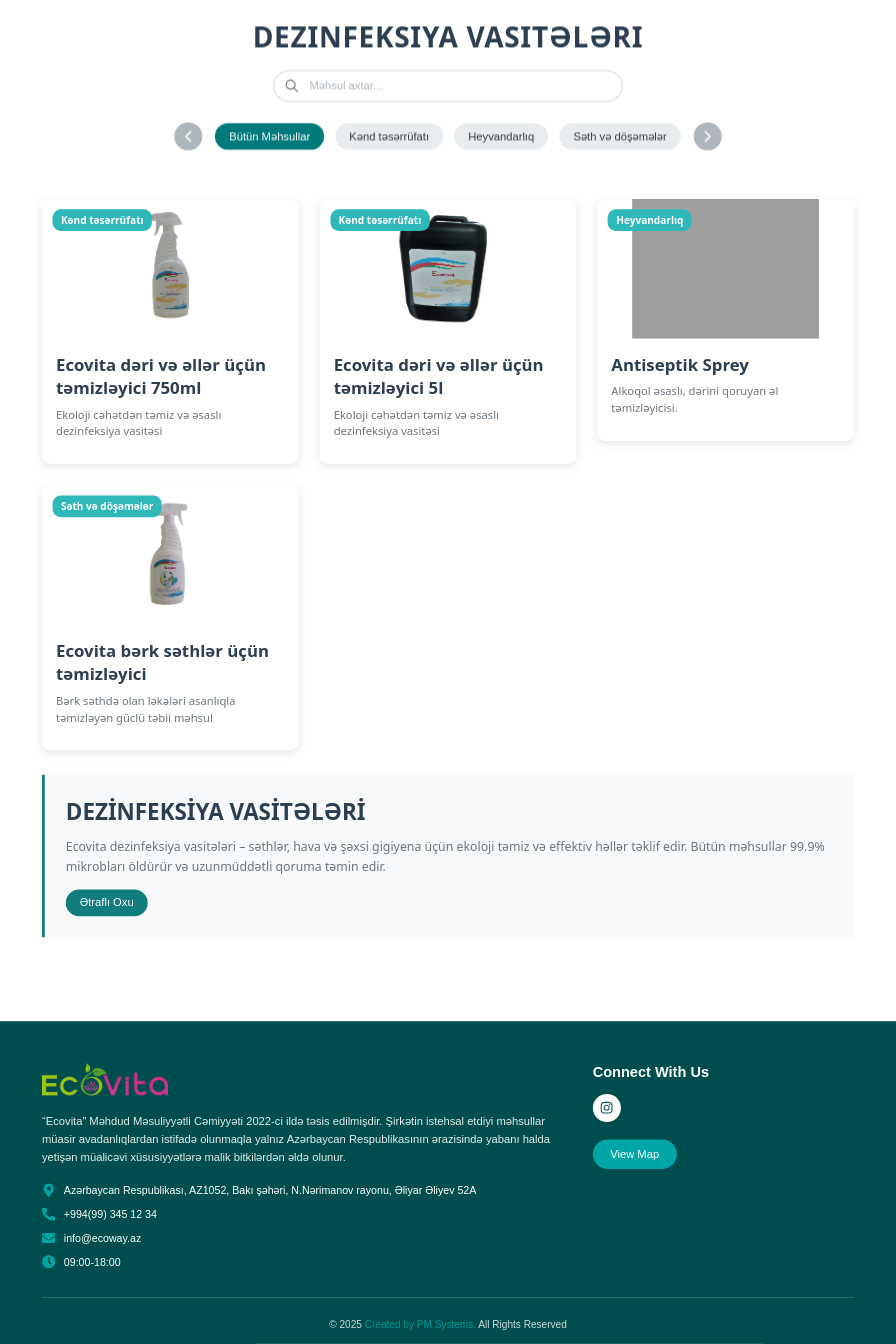
Repository: ferhadsultan98/ecovita
Page: /
The author's editor kept a copy of each file at every save. The page is drawn from the files as they stood at one save, then again after the next save.
The browser window is 1280 px wide. The pictures show the part of the page from y = 3587 to 5507 px (the page is 5507 px tall before and 5098 px after), at 70% of full size.
Pictures or frames that could not be fetched are drawn as grey boxes. The project was rebuilt for these pictures with package versions that can differ from the ones it lists, and the page was loaded fresh each time. Also part of the build but not shown: vite.config.js.

Above is the page before, as saved 2025-05-07 15:45:34.

After the next save:
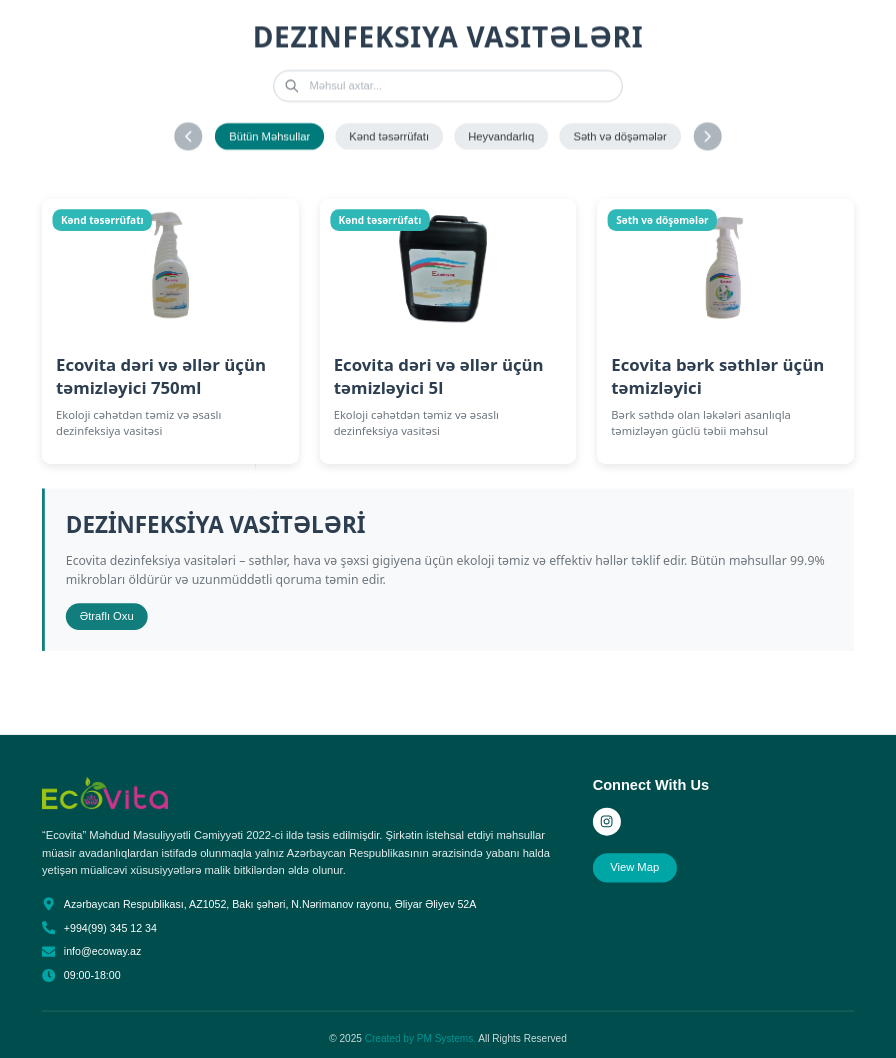
Saved 15 s later.
--- a/src/Pages/MenuSection/menuItems.json
+++ b/src/Pages/MenuSection/menuItems.json
@@ -65,7 +65,7 @@
           "id": "3",
           "name": { "az": "Antiseptik Sprey" },
           "description": {
-            "az": "Alkoqol əsaslı, dərini qoruyan əl təmizləyicisi."
+            "az": ""
           },
           "price": 5.0,
           "image_url": "hand-sanitizer.jpg"

After the 2 saves that followed:
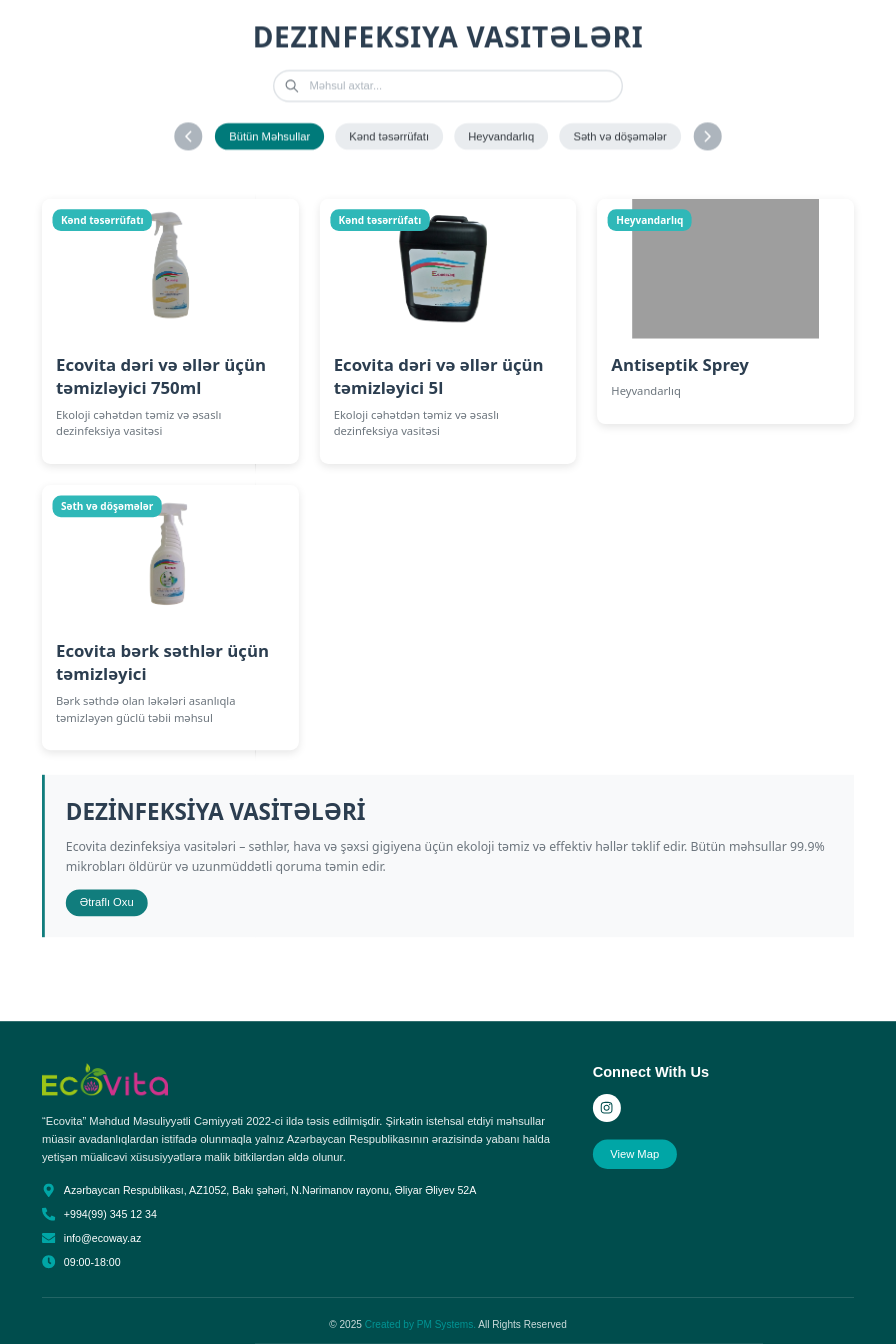
The 2 saves are shown as one change because they came seconds apart.
The last was saved 5 s later.
--- a/src/Pages/MenuSection/menuItems.json
+++ b/src/Pages/MenuSection/menuItems.json
@@ -65,7 +65,7 @@
           "id": "3",
           "name": { "az": "Antiseptik Sprey" },
           "description": {
-            "az": ""
+            "az": "Heyvandarlıq"
           },
           "price": 5.0,
           "image_url": "hand-sanitizer.jpg"
